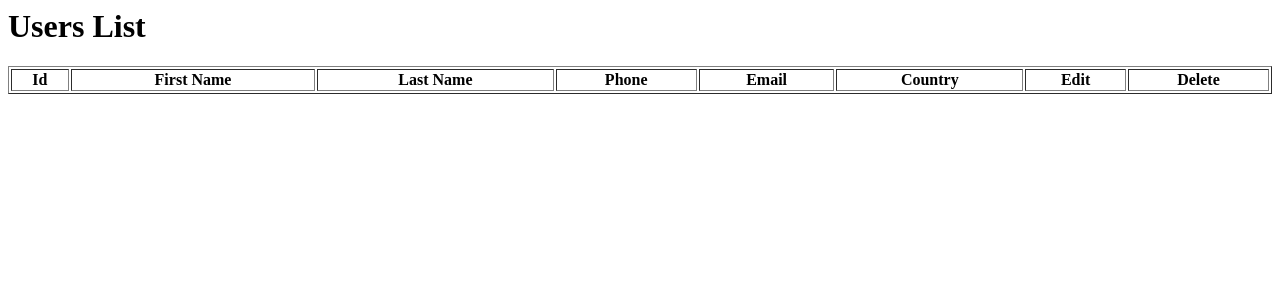
Repository: Muhairiz/Web
Page: http://localhost/E-Libraries/ViewUser
An editor plug-in stored every save of this project. The page is shown before and after the next save, followed by the edit.
The browser window is 1280 px wide. The pictures show the whole page.
The page is served by Tomcat 9. Other server files are loaded and not shown. Queries for data that is not in the repository find no rows.

Above is the page before, as saved 2020-08-07 09:33:07.

### E-Libraries/src/ViewUser.java


import java.io.IOException;
import java.io.PrintWriter;
import java.util.*;

import javax.servlet.ServletException;
import javax.servlet.annotation.WebServlet;
import javax.servlet.http.HttpServlet;
import javax.servlet.http.HttpServletRequest;
import javax.servlet.http.HttpServletResponse;


/**
 * Servlet implementation class ViewUser
 */
@WebServlet("/ViewUser")
public class ViewUser extends HttpServlet {
	private static final long serialVersionUID = 1L;

    /**
     * @see HttpServlet#HttpServlet()
     */
    public ViewUser() {
        super();
        // TODO Auto-generated constructor stub
    }

	/**
	 * @see HttpServlet#doGet(HttpServletRequest request, HttpServletResponse response)
	 */
	protected void doGet(HttpServletRequest request, HttpServletResponse response) throws ServletException, IOException {
		// TODO Auto-generated method stub
		//response.getWriter().append("Served at: ").append(request.getContextPath());
		response.setContentType("text/html");
        PrintWriter out=response.getWriter();
        out.println("<h1>Users List</h1>");

        List<Users> list=UsersDao.getAllUsers();

        out.print("<table border='1' width='100%'");
        out.print("<tr><th>Id</th><th>First Name</th><th>Last Name</th><th>Phone</th><th>Email</th><th>Country</th> <th>Edit</th><th>Delete</th></tr>");
        for(Users u:list){
            out.print("<tr><td>"+u.getId()+"</td><td>"+u.getFirstname()+"</td><td>"+u.getLastname()+"</td><td>"+u.getPhone()+"</td><td>"+u.getEmail()+"</td><td>"+u.getAddress()+"</td><td><a href='EditServlet?id="+u.getId()+"'>edit</a></td><td><a href='DeleteServlet?id="+u.getId()+"'>delete</a</td></tr>");
        }
        out.print("</table>");

        out.close();
	}

	/**
	 * @see HttpServlet#doPost(HttpServletRequest request, HttpServletResponse response)
	 */
	protected void doPost(HttpServletRequest request, HttpServletResponse response) throws ServletException, IOException {
		// TODO Auto-generated method stub
		doGet(request, response);
	}

}

### E-Libraries/src/UsersDao.java
import java.sql.*;
import java.util.*;

public class UsersDao {

	public static Connection getConnection(){
        Connection con=null;
        try{
            Class.forName("com.mysql.jdbc.Driver");
            con= DriverManager.getConnection("jdbc:mysql://localhost/ELibrary","root","");
        }catch(Exception e){System.out.println(e);}
        return con;
    }

	public static int saveUser(Users u) {
		int result =0;

		try {
			Connection conn=UsersDao.getConnection();
			PreparedStatement ps=conn.prepareStatement("insert into users_tb(first_name,last_name,phone,email,address,gender,username,password) values(?,?,?,?,?,?,?,?)");
			ps.setString(1, u.getFirstname());
			ps.setString(2, u.getLastname());
			ps.setString(3, u.getPhone());
			ps.setString(4, u.getEmail());
			ps.setString(5, u.getAddress());
			ps.setString(6, u.getGender());
			ps.setString(7, u.getUsername());
			ps.setString(8, u.getPassword());
			result =ps.executeUpdate();
			conn.close();
		}catch(Exception ex){ex.printStackTrace();}

        return result;
	}

	 public static List<Users> getAllUsers(){
	        List<Users> list=new ArrayList<Users>();

	        try{
	            Connection con=UsersDao.getConnection();
	            PreparedStatement ps=con.prepareStatement("select * from users_tb");
	            ResultSet rs=ps.executeQuery();
	            while(rs.next()){
	                Users u=new Users();
	                u.setId(rs.getInt(1));
	                u.setFirstname(rs.getString(2));
	                u.setLastname(rs.getString(3));
	                u.setPhone(rs.getString(4));
	                u.setEmail(rs.getString(5));
	                u.setAddress(rs.getString(6));
	                u.setGender(rs.getString(7));
	                list.add(u);
	            }
	            con.close();
	        }catch(Exception e){e.printStackTrace();}

	        return list;
	    }

}

After the next save:
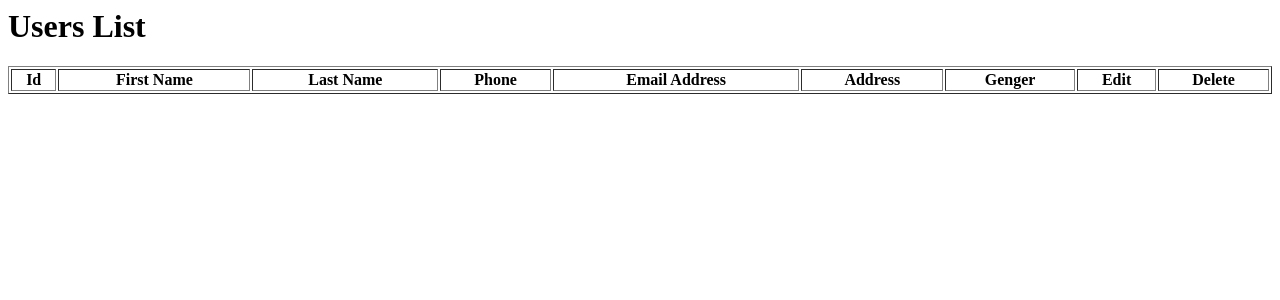
Saved 3 min 50 s later.
--- a/E-Libraries/src/ViewUser.java
+++ b/E-Libraries/src/ViewUser.java
@@ -39,9 +39,9 @@ public class ViewUser extends HttpServlet {
         List<Users> list=UsersDao.getAllUsers();
 
         out.print("<table border='1' width='100%'");
-        out.print("<tr><th>Id</th><th>First Name</th><th>Last Name</th><th>Phone</th><th>Email</th><th>Country</th> <th>Edit</th><th>Delete</th></tr>");
+        out.print("<tr><th>Id</th><th>First Name</th><th>Last Name</th><th>Phone</th><th>Email Address</th><th>Address</th><th>Genger</th> <th>Edit</th><th>Delete</th></tr>");
         for(Users u:list){
-            out.print("<tr><td>"+u.getId()+"</td><td>"+u.getFirstname()+"</td><td>"+u.getLastname()+"</td><td>"+u.getPhone()+"</td><td>"+u.getEmail()+"</td><td>"+u.getAddress()+"</td><td><a href='EditServlet?id="+u.getId()+"'>edit</a></td><td><a href='DeleteServlet?id="+u.getId()+"'>delete</a</td></tr>");
+            out.print("<tr><td>"+u.getId()+"</td><td>"+u.getFirstname()+"</td><td>"+u.getLastname()+"</td><td>"+u.getPhone()+"</td><td>"+u.getEmail()+"</td><td>"+u.getAddress()+"</td><td>"+u.getGender()+"</td><td><a href='EditServlet?id="+u.getId()+"'>edit</a></td><td><a href='DeleteServlet?id="+u.getId()+"'>delete</a</td></tr>");
         }
         out.print("</table>");
 
